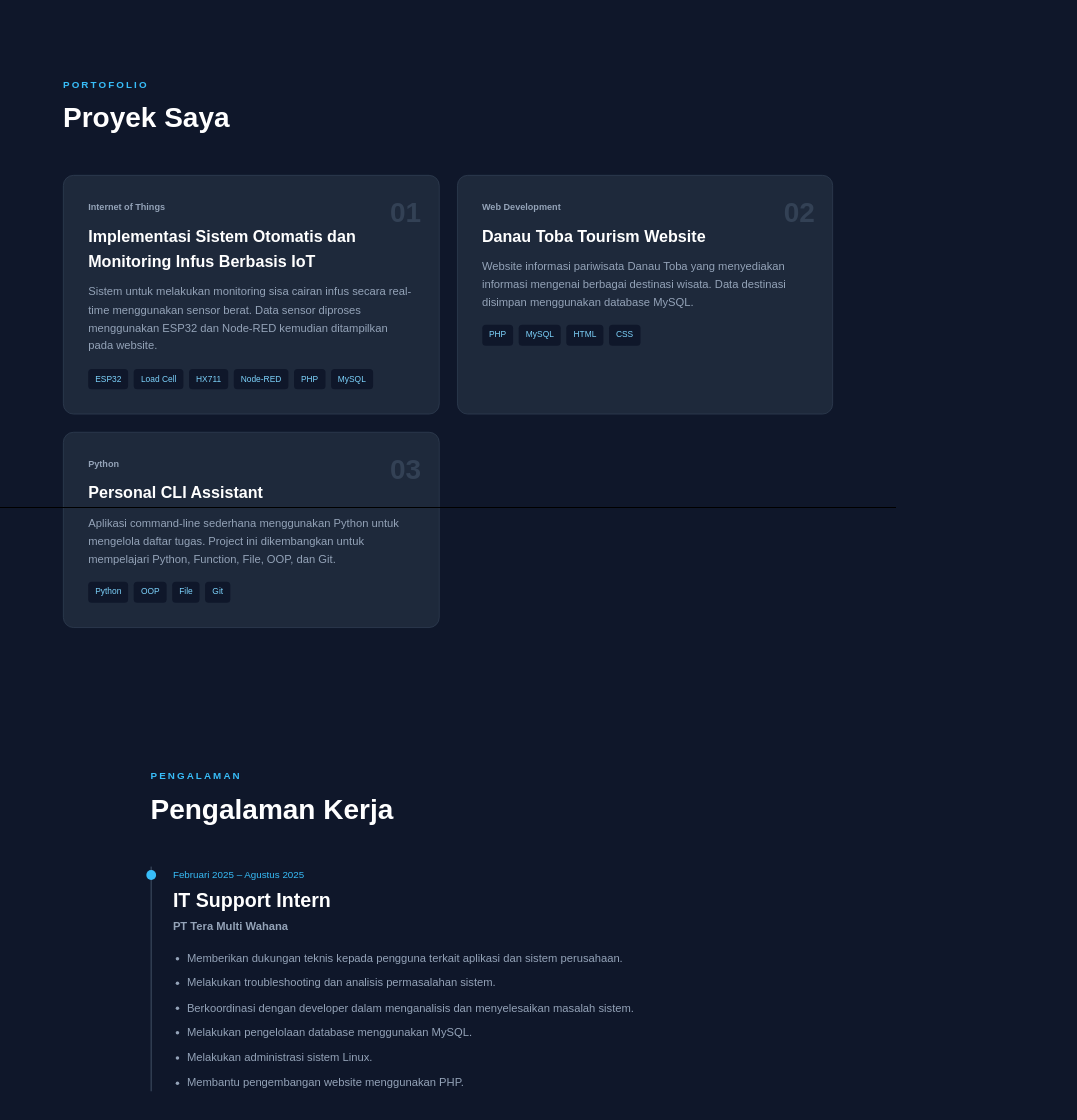
Repository: Sintong1117/Project1
Page: Index.html
These files come from the project's save history. The page is drawn as it stood at one moment and after the next save; the edit follows.
The browser window is 1280 px wide. The page is 1280 px wide, then 1539 px, so the pictures cover 1539 px, including what lies to the right of the window. The pictures show the part of the page from y = 2180 to 3780 px (the page is 5044 px tall), at 70% of full size.

Above is the page before, as saved 2026-09-14 09:13:24.
Console error: TypeError: "" is not a function

After the next save:
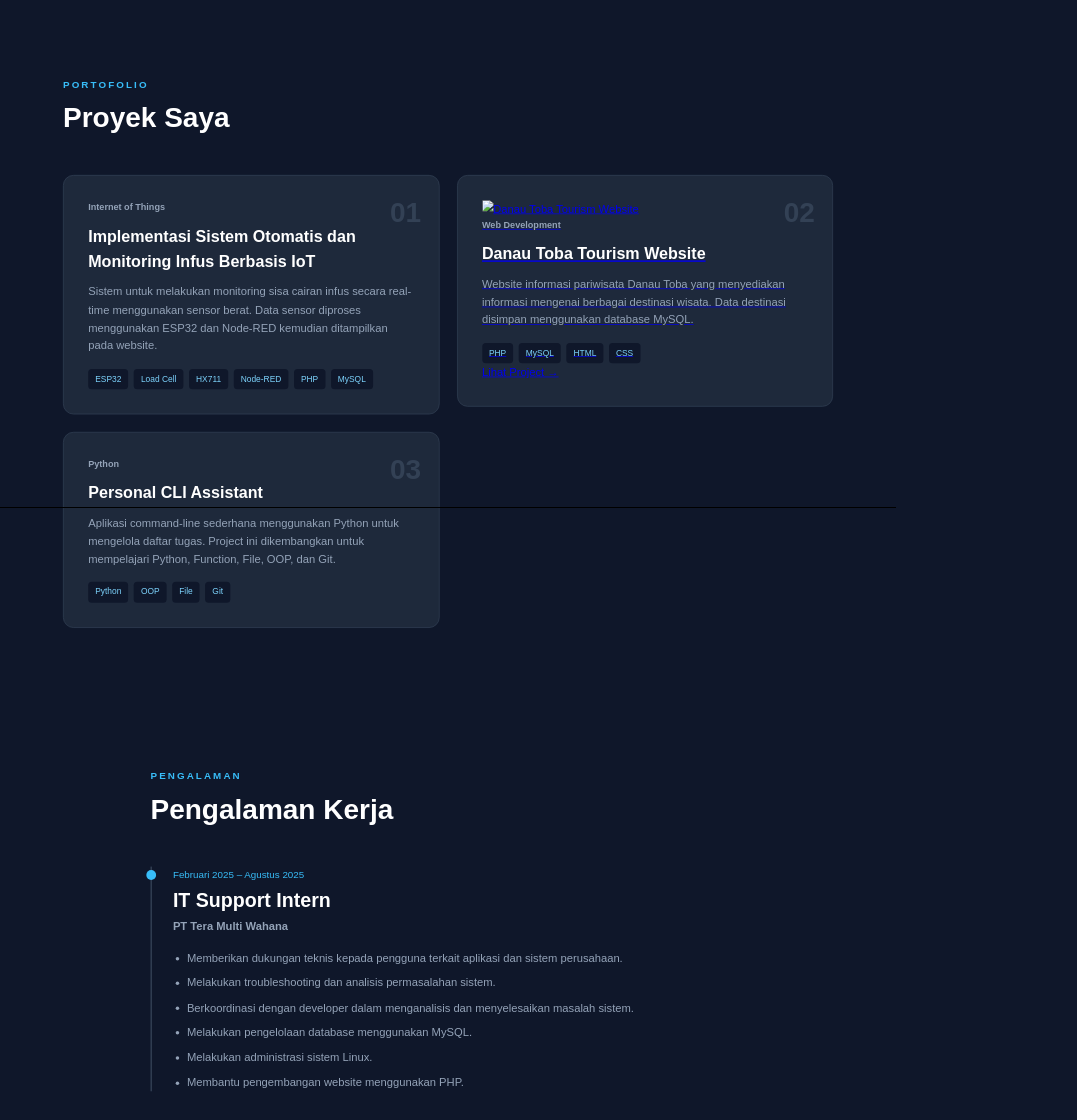
Not found: images/danau-toba.jpg
Saved 7 min 5 s later.
--- a/Index.html
+++ b/Index.html
@@ -245,9 +245,57 @@
 
             </article>
 
-
+            <a href="https://github.com/batara3355/project2" target="_blank" class="project-link">
+
+                <article class="project-card project-image-card">
+
+                    <!-- GAMBAR PROJECT -->
+                    <img src="images/danau-toba.jpg" alt="Danau Toba Tourism Website" class="project-image">
+
+                    <!-- OVERLAY -->
+                    <div class="project-overlay">
+
+                        <div class="project-number">
+                            02
+                        </div>
+
+                        <div class="project-content">
+
+                            <p class="project-category">
+                                Web Development
+                            </p>
+
+                            <h3>
+                                Danau Toba Tourism Website
+                            </h3>
+
+                            <p>
+                                Website informasi pariwisata Danau Toba
+                                yang menyediakan informasi mengenai berbagai
+                                destinasi wisata. Data destinasi disimpan
+                                menggunakan database MySQL.
+                            </p>
+
+                            <div class="tags">
+                                <span>PHP</span>
+                                <span>MySQL</span>
+                                <span>HTML</span>
+                                <span>CSS</span>
+                            </div>
+
+                            <div class="project-button">
+                                Lihat Project →
+                            </div>
+
+                        </div>
+
+                    </div>
+
+                </article>
+
+            </a>
             <!-- PROJECT 2 -->
-            <article class="project-card">
+            <!-- <article class="project-card">
 
                 <div class="project-number">
                     02
@@ -279,7 +327,7 @@
 
                 </div>
 
-            </article>
+            </article> -->
 
 
             <!-- PROJECT 3 -->

After the 2 saves that followed:
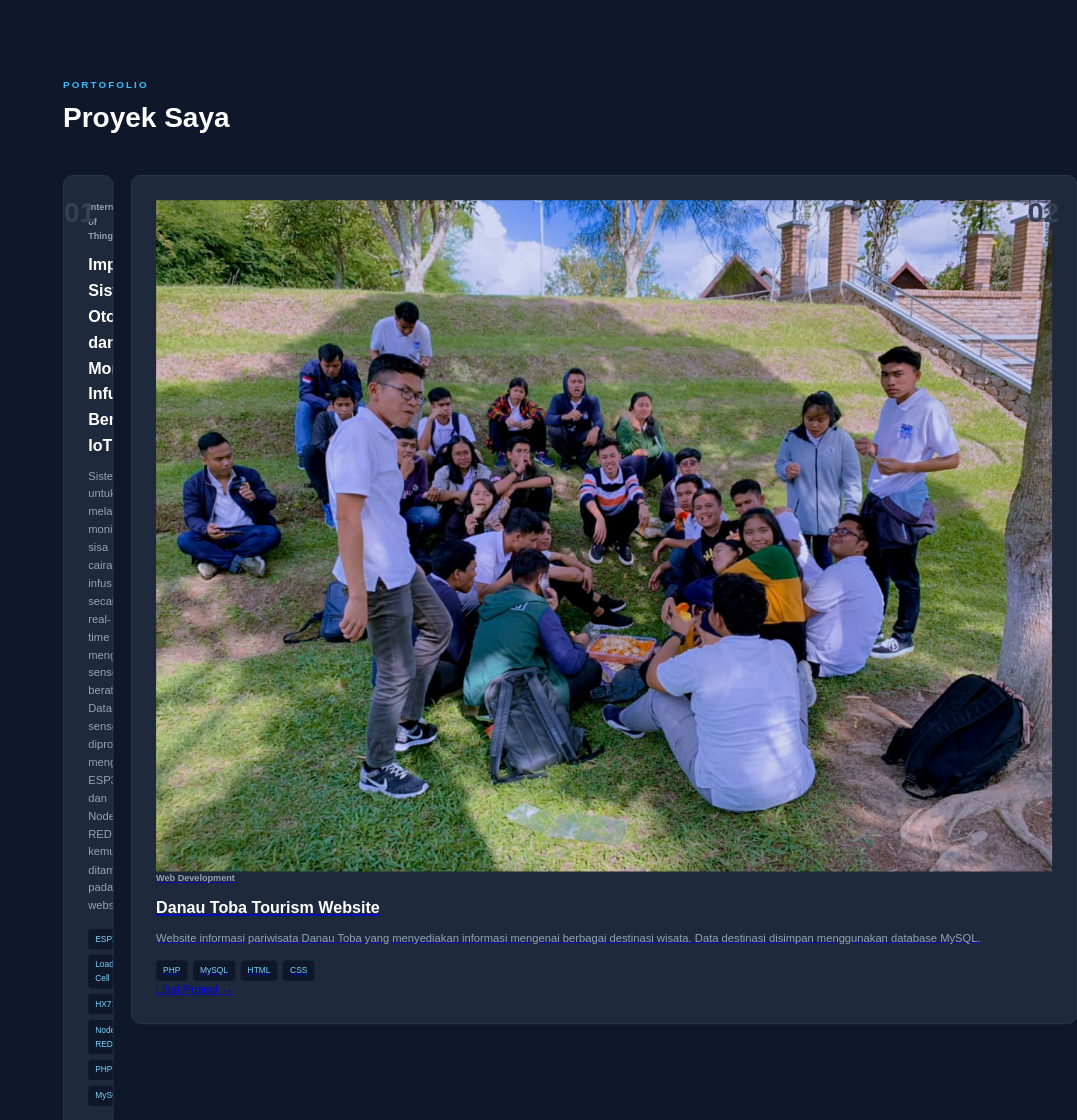
The 2 saves are shown as one change because they came seconds apart.
The last was saved 93 s later.
--- a/Index.html
+++ b/Index.html
@@ -250,7 +250,7 @@
                 <article class="project-card project-image-card">
 
                     <!-- GAMBAR PROJECT -->
-                    <img src="images/danau-toba.jpg" alt="Danau Toba Tourism Website" class="project-image">
+                    <img src="images/people.jpg" alt="Danau Toba Tourism Website" class="project-image">
 
                     <!-- OVERLAY -->
                     <div class="project-overlay">
